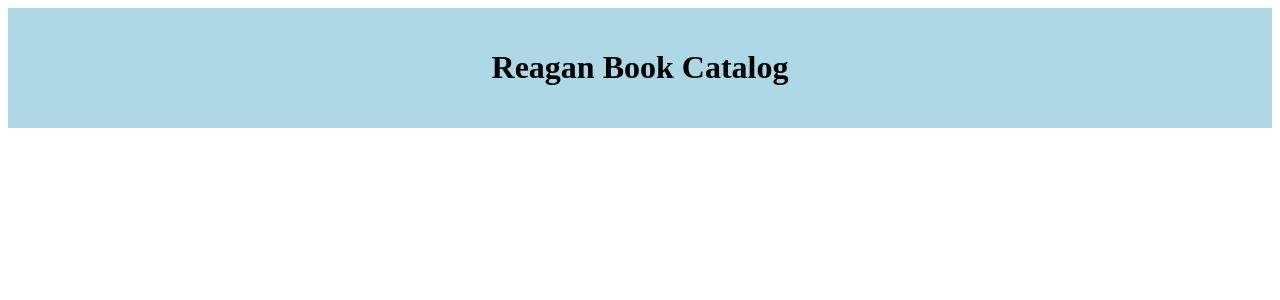
Repository: antyc0817/COMP-3170-Assignment-2-Reagan
Page: /
An editor plug-in stored every save of this project. The page is shown before and after the next save, followed by the edit.
The browser window is 1280 px wide. The pictures show the whole page.
The project was rebuilt for these pictures with package versions that can differ from the ones it lists, and the page was loaded fresh each time. Also part of the build but not shown: vite.config.js, src/index.css.

Above is the page before, as saved 2025-09-09 17:05:10.

After the next save:
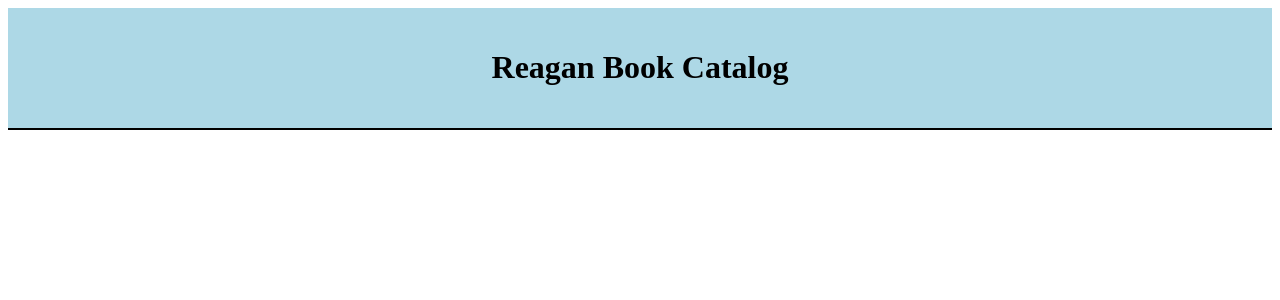
Saved 2 min 12 s later.
--- a/src/App.css
+++ b/src/App.css
@@ -2,4 +2,5 @@ header {
     text-align: center;
     background-color: lightblue;
     padding: 20px;
+    border-bottom: 2px solid #000;
 }
